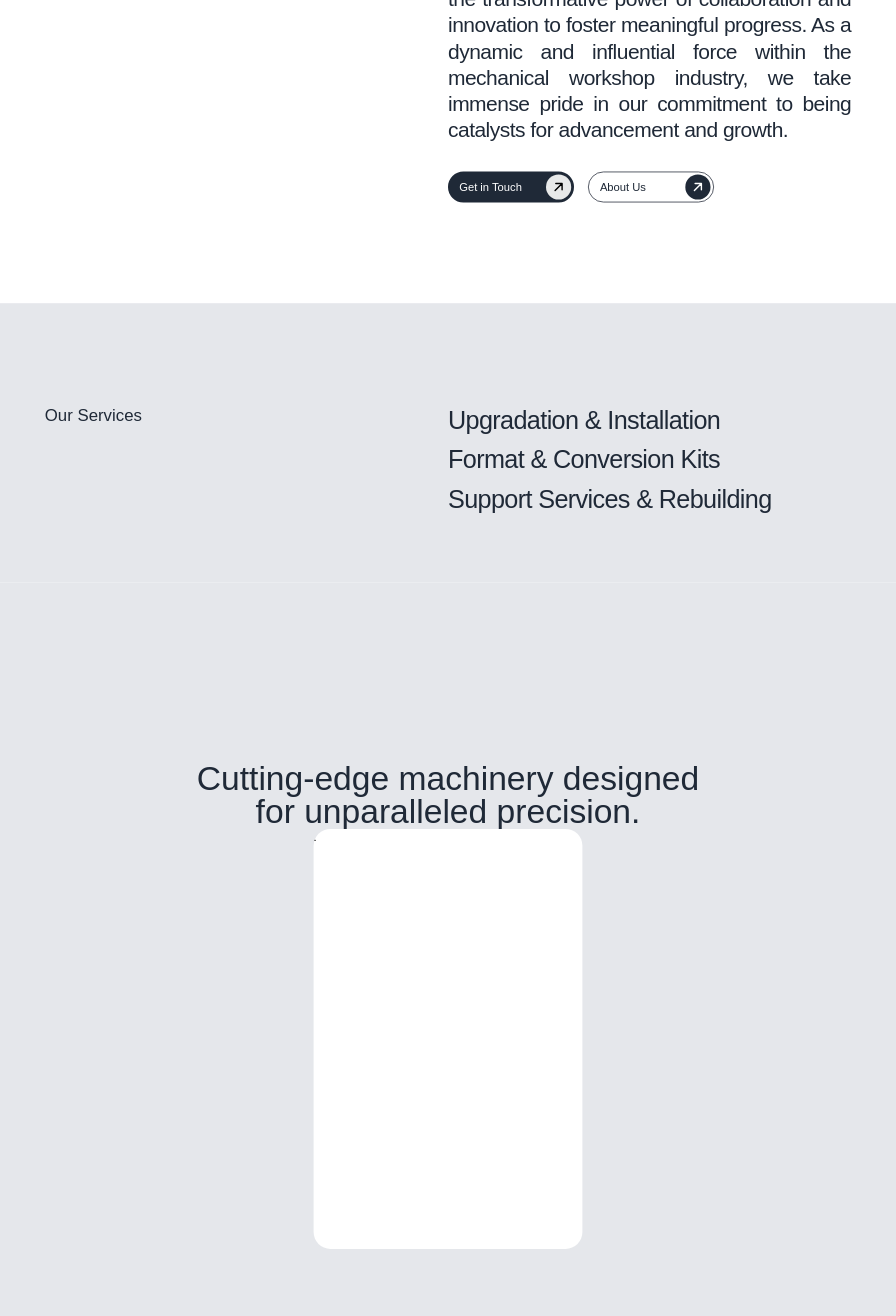
Repository: vespersolutionspk18/microtexwebsite
Page: /
The author's editor kept a copy of each file at every save. The page is drawn from the files as they stood at one save, then again after the next save.
The browser window is 1280 px wide. The pictures show the part of the page from y = 1083 to 3003 px (the page is 2963 px tall before and 3003 px after), at 70% of full size.
Some web fonts or font styles are not loaded; a fallback is used. The project was rebuilt for these pictures with package versions that can differ from the ones it lists, and the page was loaded fresh each time. The framework's server and built-in components were replaced by stand-ins that run in the browser. Also part of the build but not shown: next.config.mjs.

Above is the page before, as saved 2024-11-18 21:27:47.

After the next save:
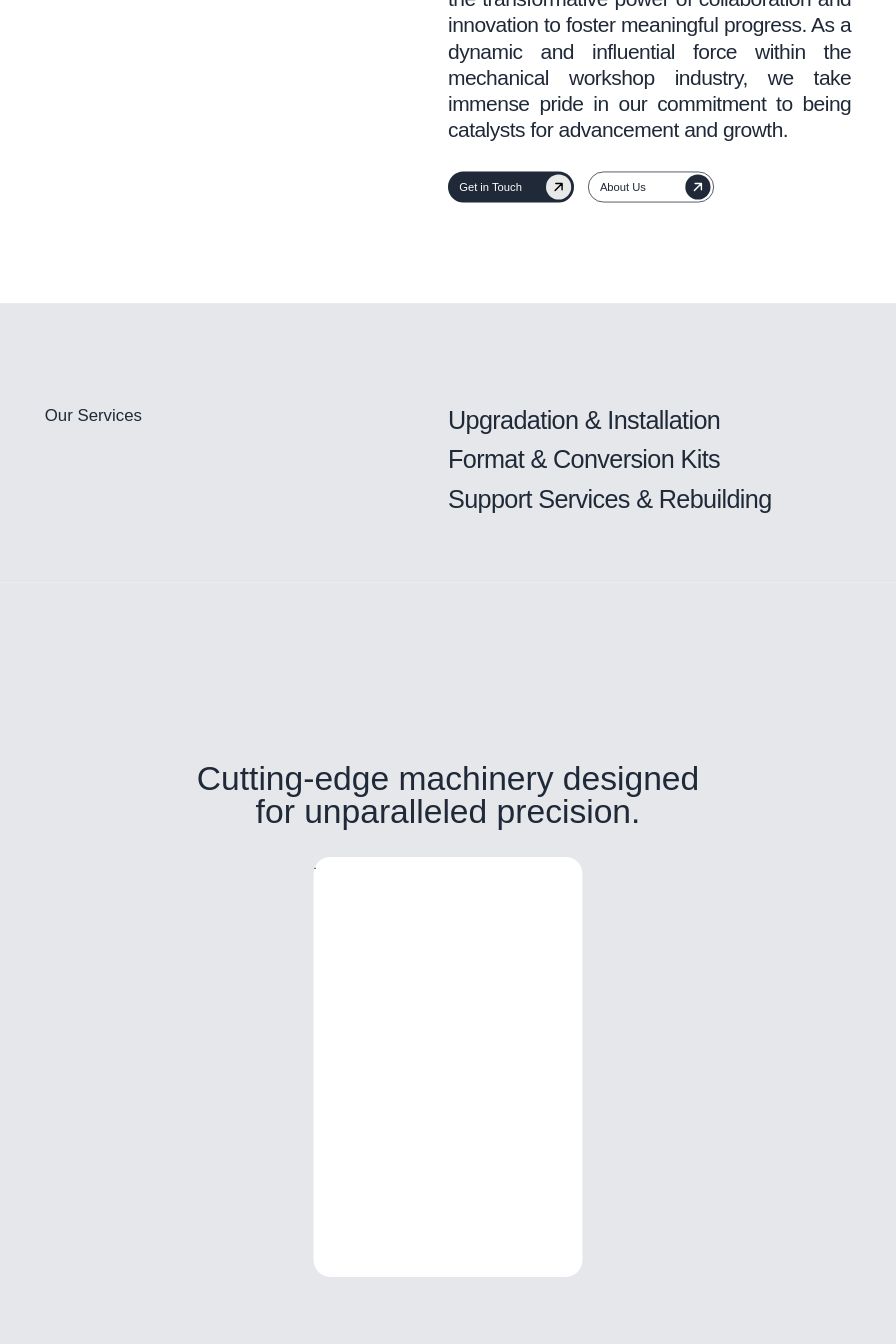
Saved 7 s later.
--- a/app/OurMachines.tsx
+++ b/app/OurMachines.tsx
@@ -4,7 +4,7 @@ const OurMachines = () => {
   return (
     <div className="flex flex-col bg-gray-200 md:pt-64 pr-16 pl-16 pb-24 items-center justify-evenly">
     <h3 className="font-light text-center text-gray-800 font-sans text-5xl">Cutting-edge machinery designed <br></br>for unparalleled precision.</h3>
-    <div className="flex flex-row gap-10 items-center justify-evenly w-full">
+    <div className="flex flex-row mt-10 gap-10 items-center justify-evenly w-full">
     <div className="h-[600px] w-1/3 bg-white rounded-3xl">.</div>
     </div>
     </div>
